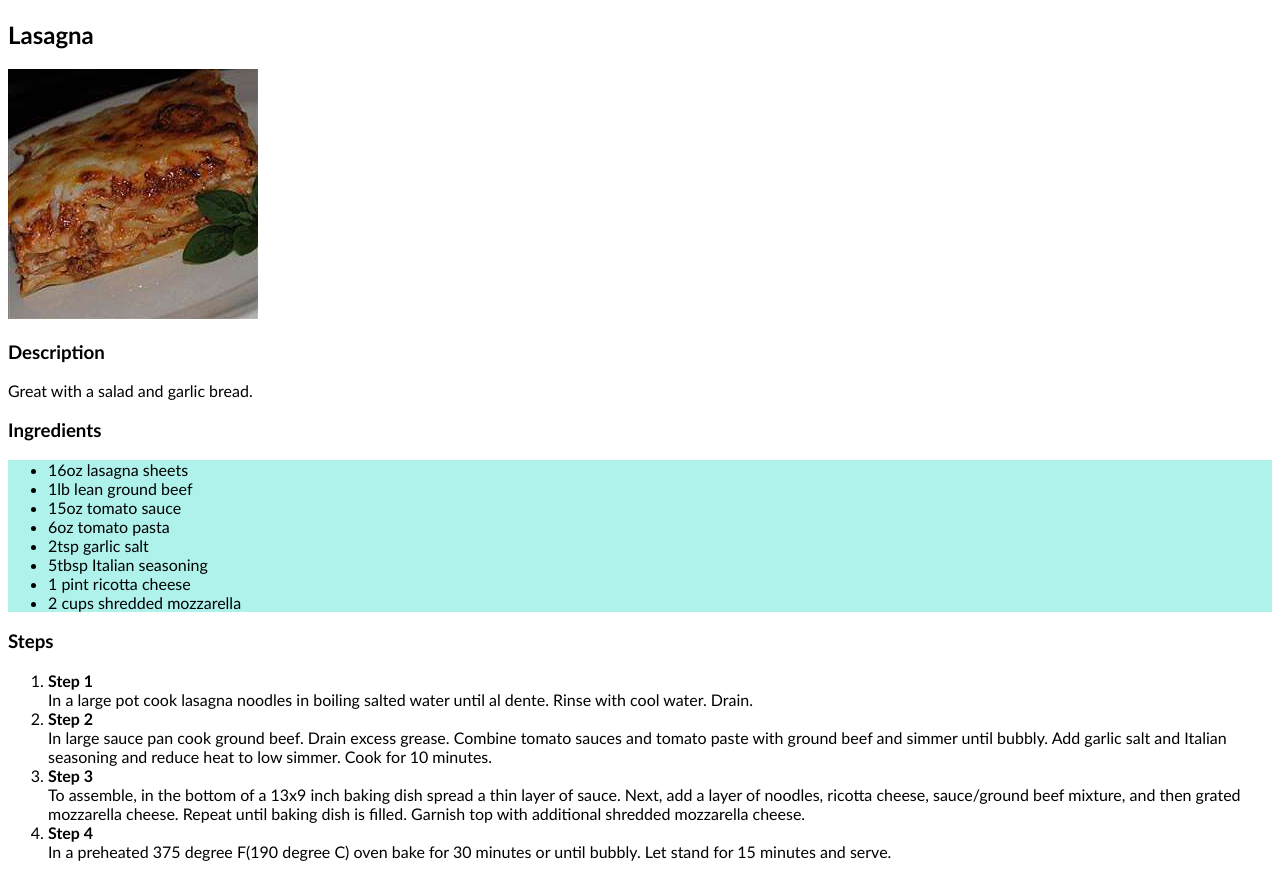
Repository: evemcd/odin_project
Page: odin-project1-recipes/recipes/lasagna.html
The author's editor kept a copy of each file at every save. The page is drawn from the files as they stood at one save, then again after the next save.
The browser window is 1280 px wide. The pictures show the whole page.

Above is the page before, as saved 2022-02-01 13:20:55.

### odin-project1-recipes/recipes/lasagna.html
<!DOCTYPE html>
<html lang="en">
<head>
    <meta charset="UTF-8">
    <title>Lasagna</title>
    <link rel="stylesheet" href="../style.css">
</head>
<body>
    <h2>Lasagna</h2>
    <img src="../images/lasagna.jfif" alt="Lasagna">
    <h3>Description</h3>
    <p>Great with a salad and garlic bread.</p>
    <h3>Ingredients</h3>
    <ul>
        <li>16oz lasagna sheets</li>
        <li>1lb lean ground beef</li>
        <li>15oz tomato sauce</li>
        <li>6oz tomato pasta</li>
        <li>2tsp garlic salt</li>
        <li>5tbsp Italian seasoning</li>
        <li>1 pint ricotta cheese</li>
        <li>2 cups shredded mozzarella</li>
    </ul>
    <h3>Steps</h3>
    <ol>
        <li><strong>Step 1</strong><br>In a large pot cook lasagna noodles in boiling salted water until al dente. Rinse with cool water. Drain.</li>
        <li><strong>Step 2</strong><br>In large sauce pan cook ground beef. Drain excess grease. Combine tomato sauces and tomato paste with ground beef and simmer until bubbly. Add garlic salt and Italian seasoning and reduce heat to low simmer. Cook for 10 minutes.</li>
        <li><strong>Step 3</strong><br>To assemble, in the bottom of a 13x9 inch baking dish spread a thin layer of sauce. Next, add a layer of noodles, ricotta cheese, sauce/ground beef mixture, and then grated mozzarella cheese. Repeat until baking dish is filled. Garnish top with additional shredded mozzarella cheese.</li>
        <li><strong>Step 4</strong><br>In a preheated 375 degree F(190 degree C) oven bake for 30 minutes or until bubbly. Let stand for 15 minutes and serve.</li>
    </ol>
</body>
</html>

### odin-project1-recipes/style.css
* {
    font-family: 'Trebuchet MS', 'Lucida Sans Unicode', 'Lucida Grande', 'Lucida Sans', Arial, sans-serif;
}

h1 {
    text-align: center;
    color: navy;
    background-color: rgba(0, 0, 128, 0.295);
}

ul {
    background-color: rgba(64, 224, 208, 0.425);
}

img {
    width: 250px;
    height: auto;
}

After the next save:
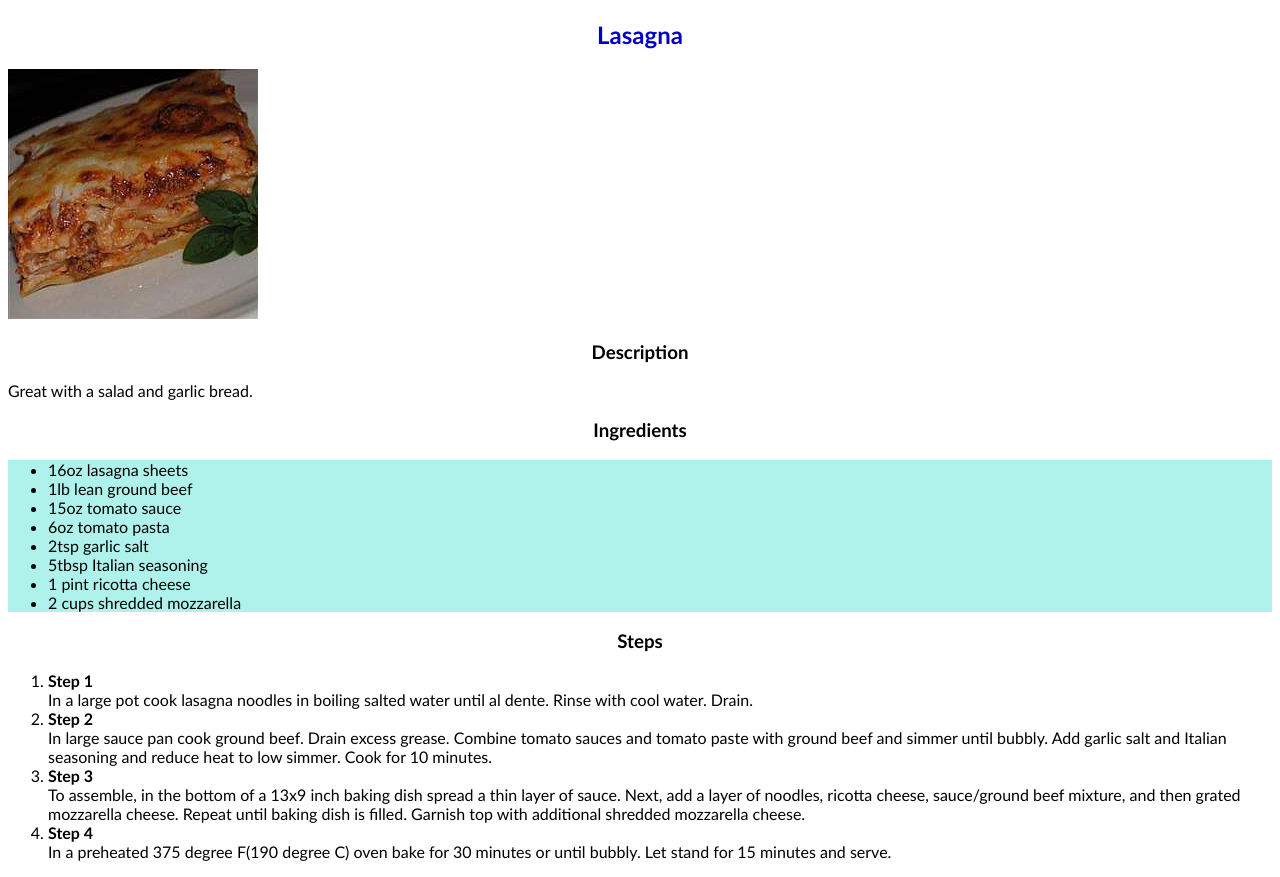
Saved 74 s later.
--- a/odin-project1-recipes/style.css
+++ b/odin-project1-recipes/style.css
@@ -2,10 +2,19 @@
     font-family: 'Trebuchet MS', 'Lucida Sans Unicode', 'Lucida Grande', 'Lucida Sans', Arial, sans-serif;
 }
 
+h1,
+h2,
+h3 {
+    text-align: center;
+}
+
 h1 {
-    text-align: center;
     color: navy;
     background-color: rgba(0, 0, 128, 0.295);
+}
+
+h2 {
+    color: rgb(1, 1, 196);
 }
 
 ul {
